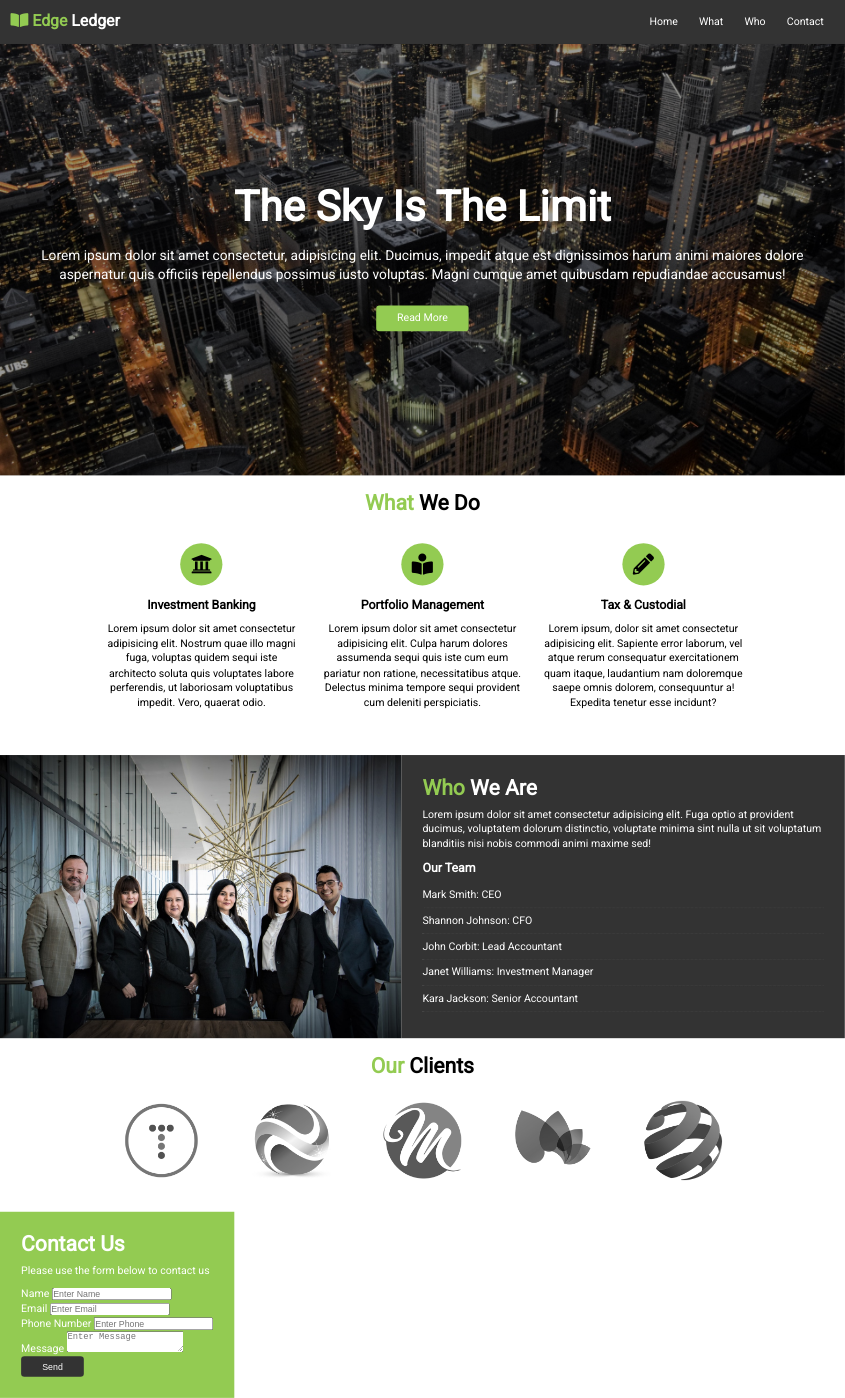
Repository: minhtien9/EdgeLedger-Financial-Web
Page: index.html
The author's editor kept a copy of each file at every save. The page is drawn from the files as they stood at one save, then again after the next save.
The browser window is 1280 px wide. The pictures show the whole page, at 66% of full size.

Above is the page before, as saved 2021-08-16 23:08:37.

After the next save:
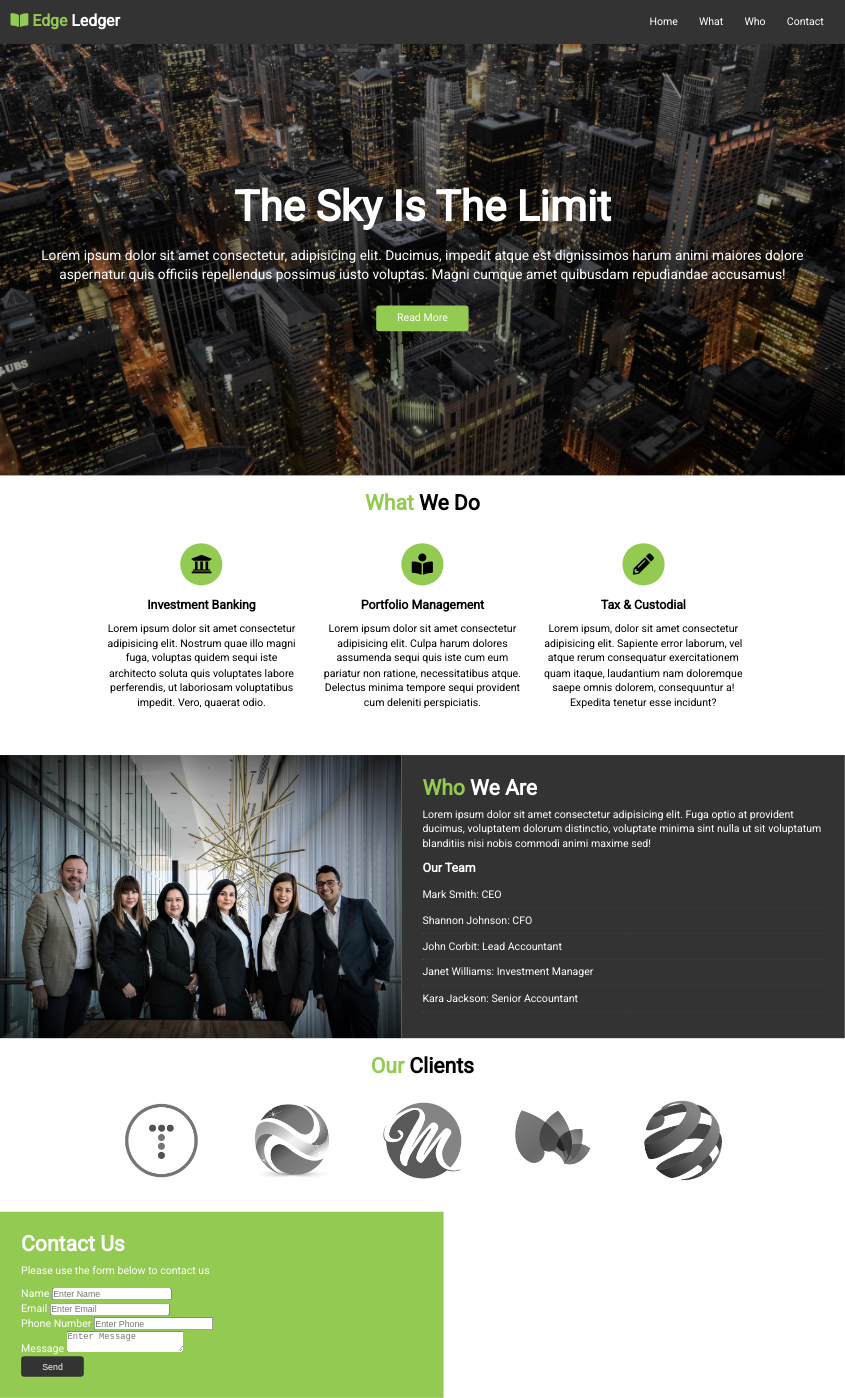
Saved 6 s later.
--- a/css/style.css
+++ b/css/style.css
@@ -235,4 +235,6 @@
 }
 
 #contact .map,
-#contact .contact-form {}
+#contact .contact-form {
+    flex: 1;
+}
